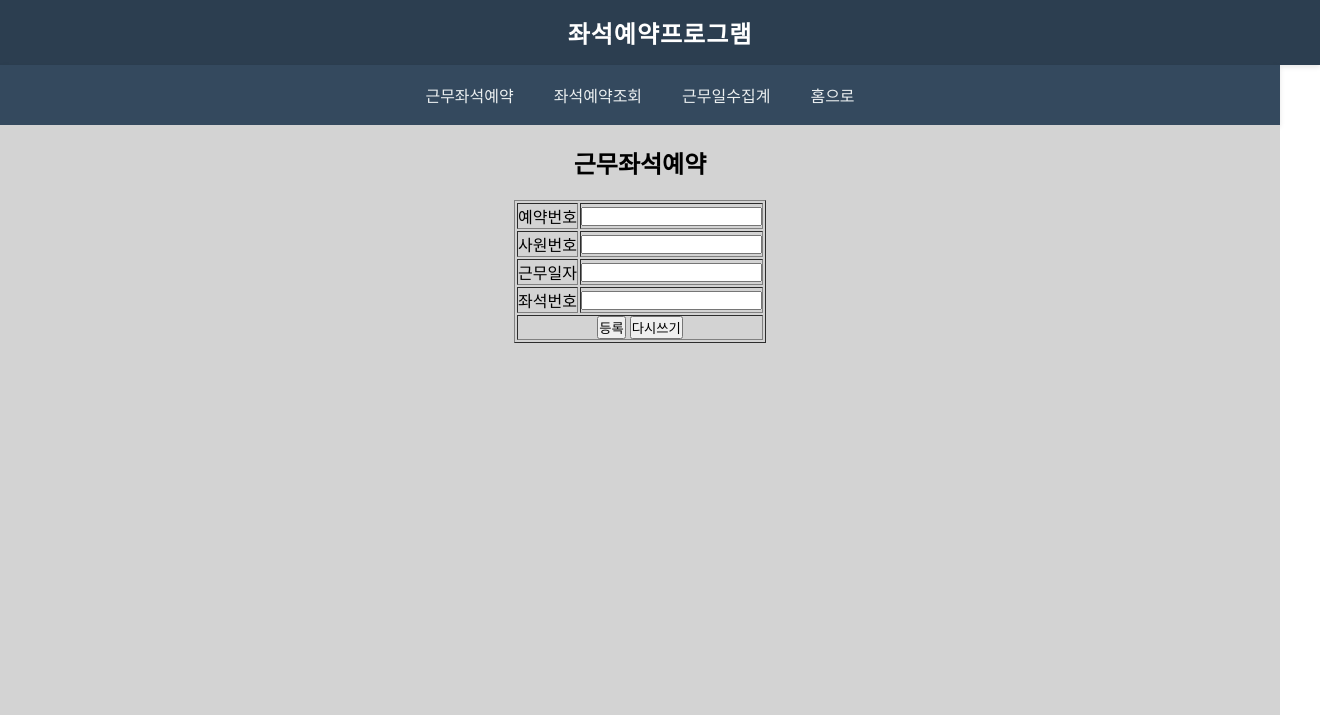
Repository: seowonjong/proje-ct
Page: http://localhost/seat/insert.jsp
The author's editor kept a copy of each file at every save. The page is drawn from the files as they stood at one save, then again after the next save.
The browser window is 1280 px wide. The page is 1320 px wide, then 1280 px, so the pictures cover 1320 px, including what lies to the right of the window. The pictures show the whole page.
The page is served by Tomcat 9.

Above is the page before, as saved 2025-08-25 01:55:00.

After the next save:
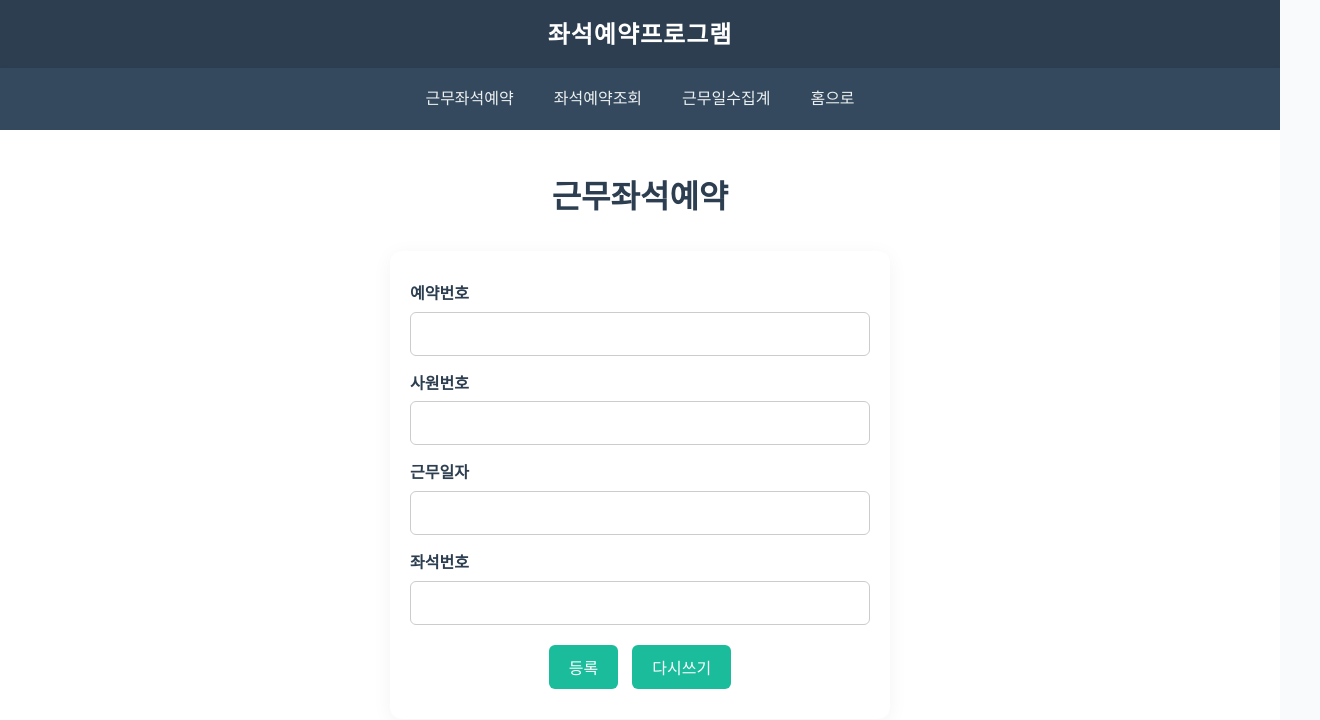
Saved 17 s later.
--- a/seat/src/main/webapp/insert.jsp
+++ b/seat/src/main/webapp/insert.jsp
@@ -6,60 +6,138 @@
 <meta charset="UTF-8">
 <title>insert</title>
 <style>
-*{
+	* {
 		margin: 0;
 		padding: 0;
+		box-sizing: border-box;
+		font-family: 'Segoe UI', Tahoma, Geneva, Verdana, sans-serif;
 	}
 
-	section{
-		width: 100%;
-		height: calc(100vh - 130px);
-		background-color: lightgray;
-
+	body {
+		background-color: #f9fafb;
+		color: #333;
+		line-height: 1.6;
 	}
 
-	section h2{
-		padding: 20px;
+	/* 메인 섹션 */
+	section {
+		width: 100%;
+		min-height: calc(100vh - 200px);
+		background: #fff;
+		padding: 40px 20px;
+		display: flex;
+		flex-direction: column;
+		align-items: center;
+		justify-content: flex-start;
 		text-align: center;
 	}
-	form{
+
+	section h2 {
+		font-size: 2rem;
+		margin-bottom: 30px;
+		color: #2c3e50;
+	}
+
+	/* 폼 디자인 */
+	form {
+		width: 100%;
+		max-width: 500px;
+		background: #ffffff;
+		padding: 30px 20px;
+		border-radius: 12px;
+		box-shadow: 0 4px 20px rgba(0, 0, 0, 0.05);
+	}
+
+	.table-row {
 		display: flex;
-		justify-content: center;
+		flex-direction: column;
+		text-align: left;
+		margin-bottom: 15px;
+	}
+
+	label {
+		margin-bottom: 5px;
+		font-weight: bold;
+		color: #2c3e50;
+	}
+
+	input[type="text"] {
+		padding: 10px;
+		border: 1px solid #ccc;
+		border-radius: 6px;
+		font-size: 1rem;
+		transition: border-color 0.3s ease;
+	}
+
+	input[type="text"]:focus {
+		border-color: #1abc9c;
+		outline: none;
+	}
+
+	/* 버튼 스타일 */
+	.button-group {
+		text-align: center;
+		margin-top: 20px;
+	}
+
+	input[type="button"] {
+		background: #1abc9c;
+		color: #fff;
+		border: none;
+		padding: 10px 20px;
+		font-size: 1rem;
+		border-radius: 6px;
+		margin: 0 5px;
+		cursor: pointer;
+		transition: background 0.3s ease;
+	}
+
+	input[type="button"]:hover {
+		background: #16a085;
+	}
+
+	/* 반응형 */
+	@media (max-width: 600px) {
+		section h2 {
+			font-size: 1.5rem;
+		}
+
+		form {
+			padding: 20px 15px;
+		}
 	}
 </style>
 </head>
 <body>
-<jsp:include page="header.jsp"></jsp:include>
+	<jsp:include page="header.jsp"></jsp:include>
 	<jsp:include page="nav.jsp"></jsp:include>
+
 	<section>
 		<h2>근무좌석예약</h2>
 		<form name="frm" action="action.jsp">
-			<table border="1">
-				<tr>
-					<td>예약번호</td>
-					<td><input type="text" name="resvno" style="height:100%"></td>
-				</tr>
-				<tr>
-					<td>사원번호</td>
-					<td><input type="text" name="emptno"></td>
-				</tr>
-				<tr>
-					<td>근무일자</td>
-					<td><input type="text" name="resvdate"></td>
-				</tr>
-				<tr>
-					<td>좌석번호</td>
-					<td><input type="text" name="seatno"></td>
-				</tr>
-				<tr>
-					<td colspan="2" style="text-align:center">
-						<input type="button" value="등록" onclick="insertCheck()">
-						<input type="button" value="다시쓰기" onclick="insertReset()">
-					</td>
-				</tr>
-			</table>
+			<div class="table-row">
+				<label for="resvno">예약번호</label>
+				<input type="text" name="resvno" id="resvno">
+			</div>
+			<div class="table-row">
+				<label for="emptno">사원번호</label>
+				<input type="text" name="emptno" id="emptno">
+			</div>
+			<div class="table-row">
+				<label for="resvdate">근무일자</label>
+				<input type="text" name="resvdate" id="resvdate">
+			</div>
+			<div class="table-row">
+				<label for="seatno">좌석번호</label>
+				<input type="text" name="seatno" id="seatno">
+			</div>
+			<div class="button-group">
+				<input type="button" value="등록" onclick="insertCheck()">
+				<input type="button" value="다시쓰기" onclick="insertReset()">
+			</div>
 		</form>
 	</section>
+
 	<jsp:include page="footer.jsp"></jsp:include>
 	<script type="text/javascript" src="check.js"></script>
 </body>
